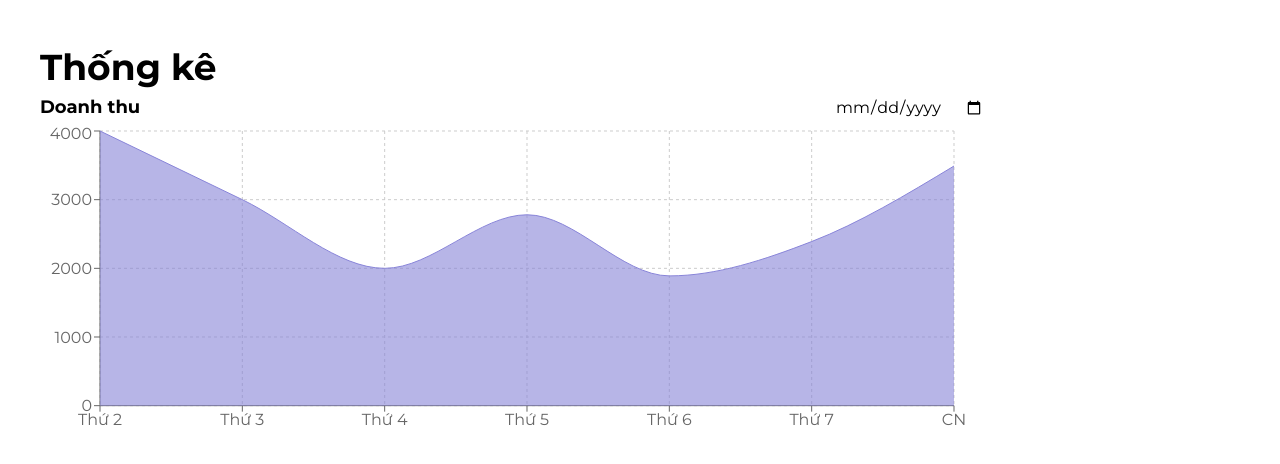
Repository: iphoneboy46/AltaMediaCMS
Page: /
An editor plug-in stored every save of this project. The page is shown before and after the next save, followed by the edit.
The browser window is 1280 px wide. The pictures show the whole page.
Some web libraries are served in a nearby version. The project was rebuilt for these pictures with package versions that can differ from the ones it lists, and the page was loaded fresh each time.

Above is the page before, as saved 2023-03-26 22:00:39.

After the next save:
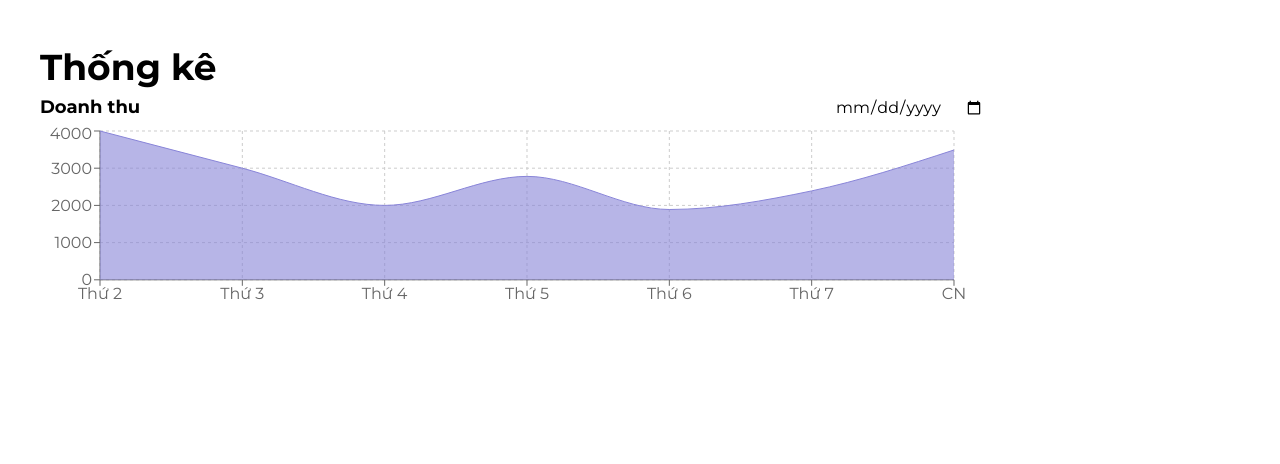
Saved 41 s later.
--- a/src/components/Charts/Charts.tsx
+++ b/src/components/Charts/Charts.tsx
@@ -13,22 +13,22 @@ function Charts() {
     {
       name: "Thứ 2",
       uv: 4000,
-      money: "260tr"
+
     },
     {
       name: "Thứ 3",
       uv: 3000,
-      money: "260tr"
+
     },
     {
       name: "Thứ 4",
       uv: 2000,
-      money: "260tr"
+
     },
     {
       name: "Thứ 5",
       uv: 2780,
-      money: "260tr"
+
     },
     {
       name: "Thứ 6",
@@ -49,7 +49,7 @@ function Charts() {
 
   return (
     <div className="w-[100%] h-[100%] bg-yellowMain">
-      <ResponsiveContainer width="100%" aspect={3}>
+      <ResponsiveContainer width="100%" aspect={5}>
         <AreaChart
           width={500}
           height={400}
